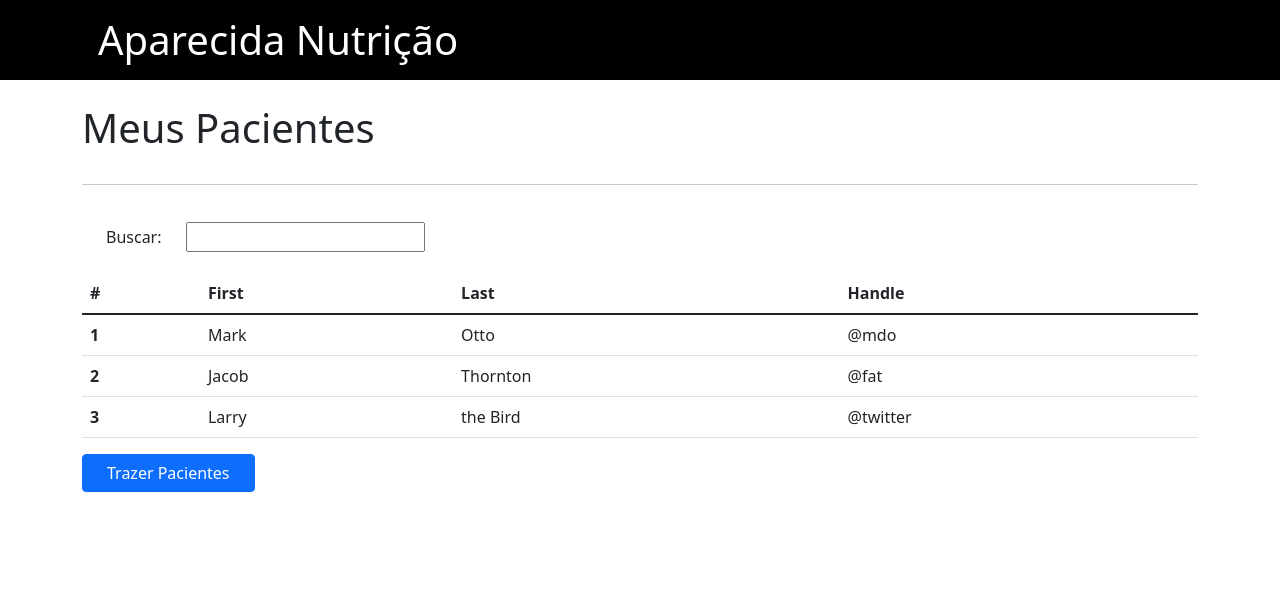
Repository: eversonps/app-paciente
Page: / (app in frontend/)
These files come from the project's save history. The page is drawn as it stood at one moment and after the next save; the edit follows.
The browser window is 1280 px wide. The pictures show the whole page.
The project was rebuilt for these pictures with package versions that can differ from the ones it lists, and the page was loaded fresh each time.

Above is the page before, as saved 2022-03-28 14:19:16.

### frontend/src/index.js
import React from 'react';
import ReactDOM from 'react-dom';
import './index.css';
import App from './App';
import  '../node_modules/bootstrap/dist/css/bootstrap.min.css'

ReactDOM.render(
    <App />,
    document.getElementById('root')
);

### frontend/src/App.jsx
import Header from "./components/Header";
import MyPacients from "./components/MyPacients";
import Main from "./components/Main"
import AddPacient from "./components/AddPacient";

function App() {
  return (
    <div className="App">
        <Header></Header>
        <Main>
            <MyPacients></MyPacients>
        </Main>
    </div>
  );
}

export default App;

### frontend/src/components/Header.jsx
import React from "react";

export default props => {
    return (
        <header className="bg-black">
            <div className="container">
                <h1 className="text-white p-3">Aparecida Nutrição</h1>
            </div>
        </header>
    )
}

### frontend/src/components/MyPacients.jsx
import React from "react";
import FilterPacients from "../Templates/FilterPacients";
import Table from "../Templates/Table";

export default props => (
    <div>
        <h1 className="pt-3 pb-3">Meus Pacientes</h1>
        <hr />

        <FilterPacients></FilterPacients>
        <Table></Table>
    </div>
)

### frontend/src/components/Main.jsx
import React from "react";

export default props => (
    <main className="container">
        {props.children}
    </main>
)

### frontend/src/Templates/FilterPacients.jsx
import React from "react";

export default props => (
    <div>
        <label className="m-4">Buscar: </label>
        <input type="text" />
    </div>
)

### frontend/src/Templates/Table.jsx
import React from "react";

export default props => (
    <div>
        <table class="table">
        <thead class="thead-dark">
            <tr>
            <th scope="col">#</th>
            <th scope="col">First</th>
            <th scope="col">Last</th>
            <th scope="col">Handle</th>
            </tr>
        </thead>
        <tbody>
            <tr>
            <th scope="row">1</th>
            <td>Mark</td>
            <td>Otto</td>
            <td>@mdo</td>
            </tr>
            <tr>
            <th scope="row">2</th>
            <td>Jacob</td>
            <td>Thornton</td>
            <td>@fat</td>
            </tr>
            <tr>
            <th scope="row">3</th>
            <td>Larry</td>
            <td>the Bird</td>
            <td>@twitter</td>
            </tr>
            </tbody>
        </table>
        <a class="btn btn-primary px-4" href="#" role="button">Trazer Pacientes</a>
    </div>

)

### frontend/src/components/AddPacient.jsx
import React from "react";

export default props => (
    <form>
        <div class="form-row">
            <div class="col">
                <input type="text" class="form-control" placeholder="First name" />
            </div>
            <div class="col">
                <input type="text" class="form-control" placeholder="Last name" />
            </div>
        </div>
    </form>
)

Loaded but not shown: frontend/public/index.html (common file); frontend/src/index.css (common file)

After the next save:
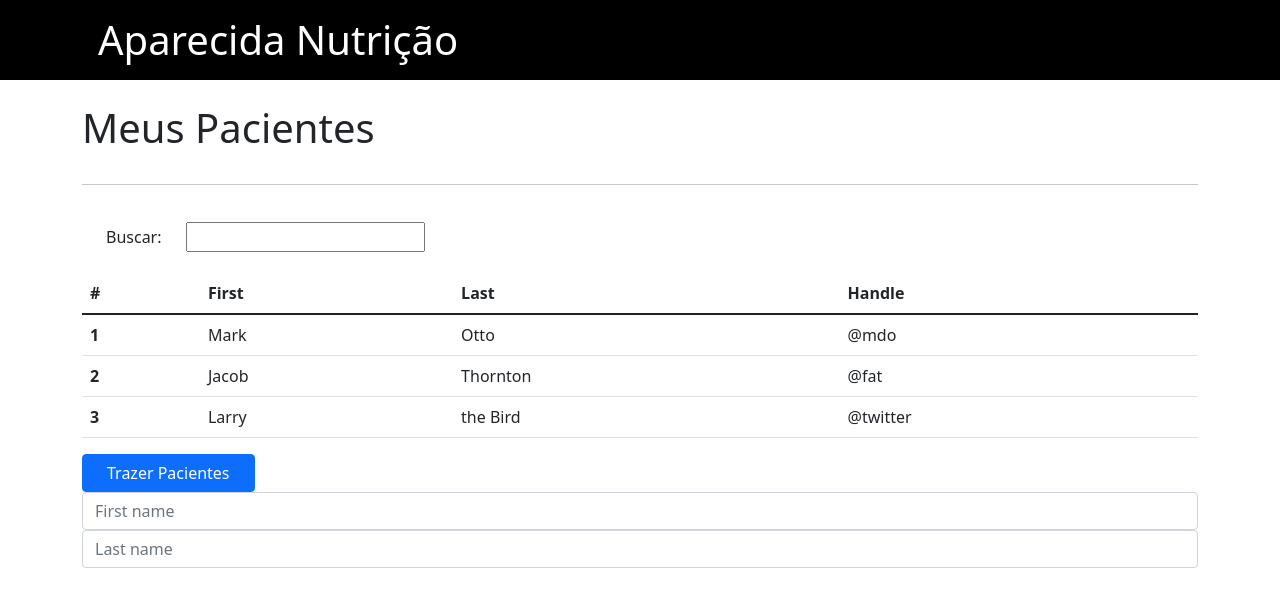
Saved 5 s later.
--- a/frontend/src/App.jsx
+++ b/frontend/src/App.jsx
@@ -9,6 +9,7 @@ function App() {
         <Header></Header>
         <Main>
             <MyPacients></MyPacients>
+            <AddPacient></AddPacient>
         </Main>
     </div>
   );
